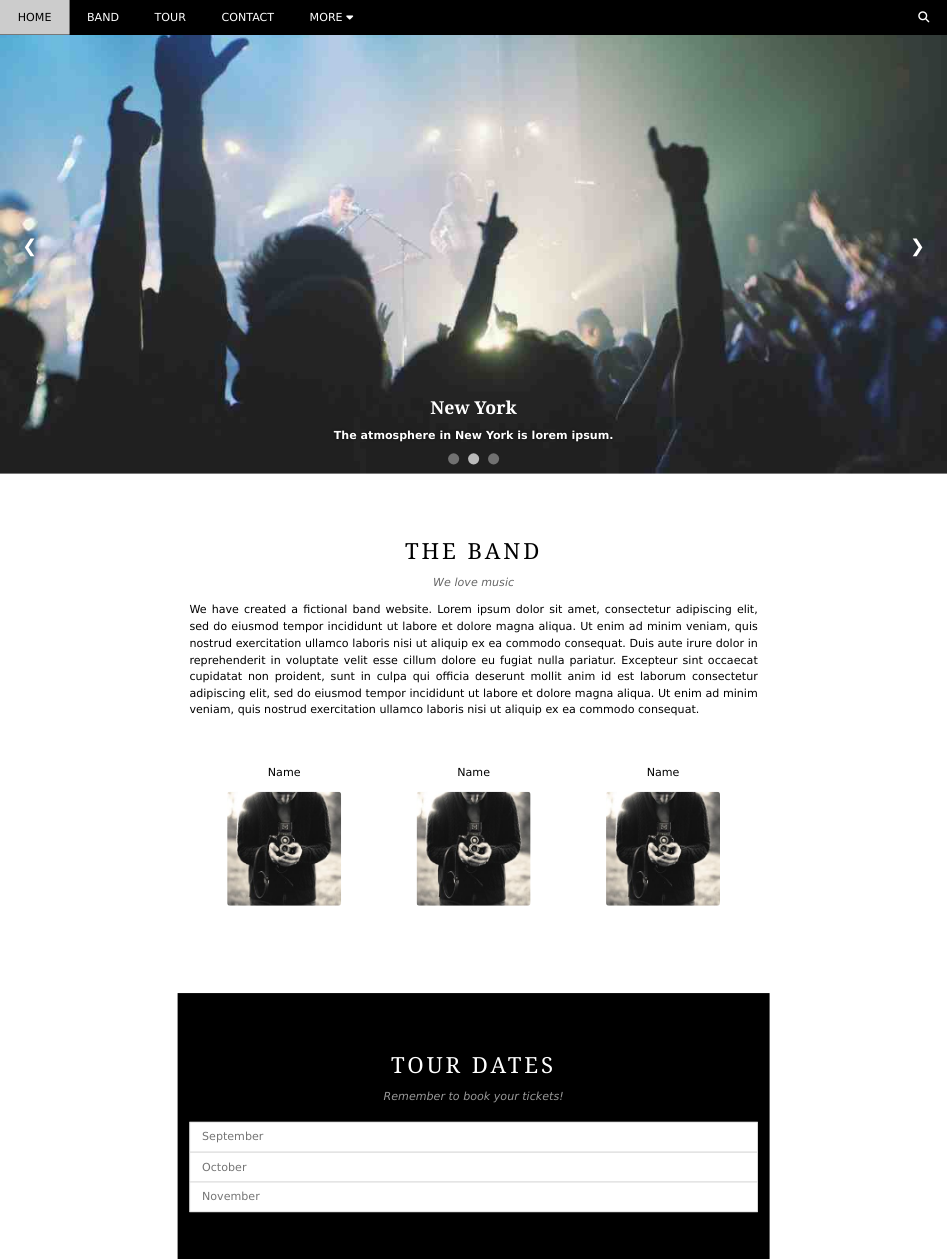
Repository: tam1512/The-Band
Page: index.html
The author's editor kept a copy of each file at every save. The page is drawn from the files as they stood at one save, then again after the next save.
The browser window is 1280 px wide. The pictures show the whole page, at 74% of full size.
Some web libraries are served in a nearby version.

Above is the page before, as saved 2022-07-23 15:33:13.

After the next save:
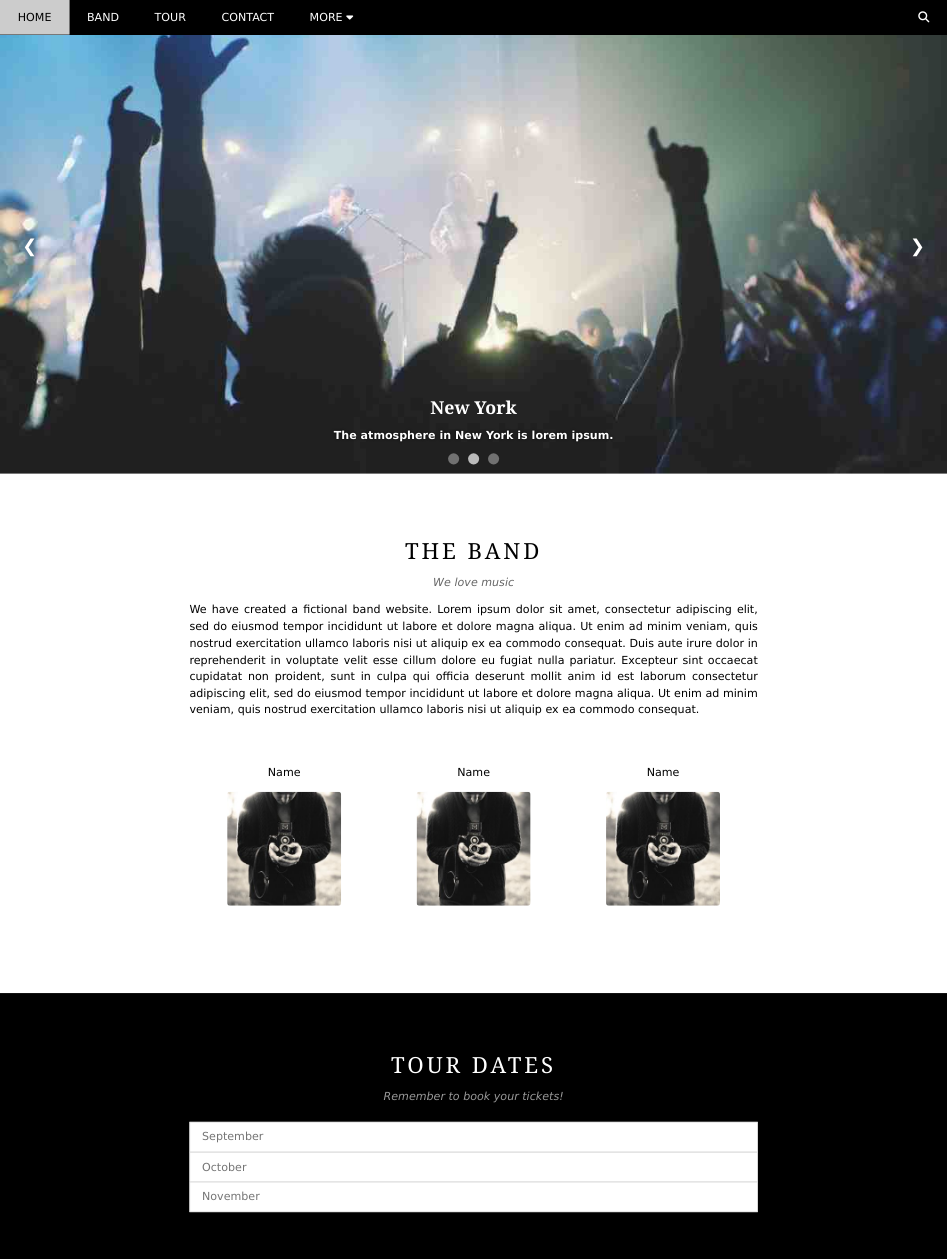
Saved 18 s later.
--- a/assets/css/style.css
+++ b/assets/css/style.css
@@ -263,7 +263,7 @@
 /* content */
 
 #band,
-#tour,
+.tour-container,
 #contact {
   max-width: 800px;
   margin-left: auto;
